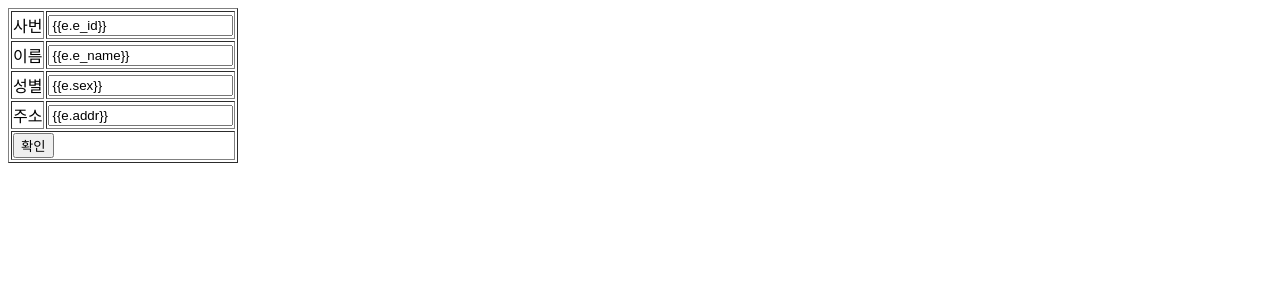
Repository: GeonyoungPark/pythonBasic
Page: HELLO_PYTHON/day10/templates/emp_add.html
The author's editor kept a copy of each file at every save. The page is drawn from the files as they stood at one save, then again after the next save.
The browser window is 1280 px wide. The pictures show the whole page.

Above is the page before, as saved 2022-07-06 10:09:11.

### HELLO_PYTHON/day10/templates/emp_add.html
<!DOCTYPE html>
<html>
<head>
<meta charset="UTF-8">
<title>Insert title here</title>
<script type="text/javascript">
function done(){
	location.href = "emp_mod?e_id={{e.e_id}}";
}
</script>
</head>
<body>
<table border=1px>
<tr>
	<td>사번</td>
	<td><input type="text" value="{{e.e_id}}"> </td>
</tr>

<tr>
	<td>이름</td>
	<td><input type="text" value="{{e.e_name}}"> </td>
</tr>
<tr>
	<td>성별</td>
	<td><input type="text" value="{{e.sex}}"> </td>
</tr>
<tr>
	<td>주소</td>
	<td><input type="text" value="{{e.addr}}"> </td>
</tr>

<tr>
	<td colspan="2">

		<input type="button" value="확인" onclick="fn_done()">

	</td>
</tr>

</table>

</body>
</html>

After the next save:
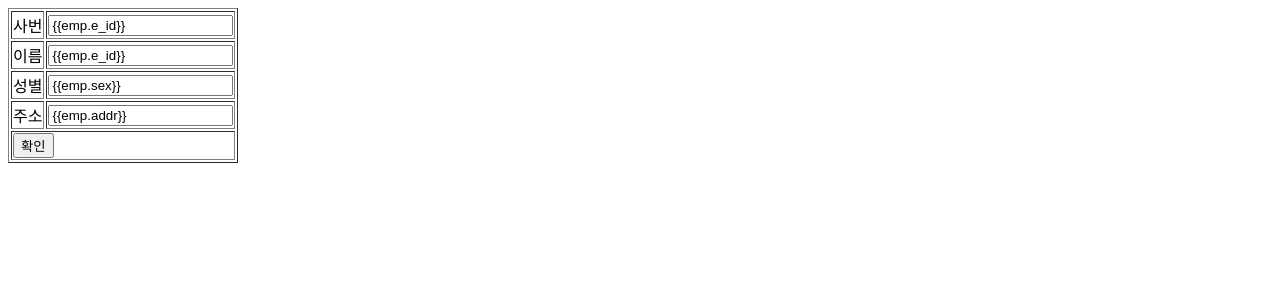
Saved 29 s later.
--- a/HELLO_PYTHON/day10/templates/emp_add.html
+++ b/HELLO_PYTHON/day10/templates/emp_add.html
@@ -5,7 +5,7 @@
 <title>Insert title here</title>
 <script type="text/javascript">
 function done(){
-	location.href = "emp_mod?e_id={{e.e_id}}";
+	location.href = "emp_mod?e_id={{emp.e_id}}";
 }
 </script>
 </head>
@@ -13,20 +13,20 @@
 <table border=1px>
 <tr>
 	<td>사번</td>
-	<td><input type="text" value="{{e.e_id}}"> </td>
+	<td><input type="text" value="{{emp.e_id}}"> </td>
 </tr>
 
 <tr>
 	<td>이름</td>
-	<td><input type="text" value="{{e.e_name}}"> </td>
+	<td><input type="text" value="{{emp.e_id}}"> </td>
 </tr>
 <tr>
 	<td>성별</td>
-	<td><input type="text" value="{{e.sex}}"> </td>
+	<td><input type="text" value="{{emp.sex}}"> </td>
 </tr>
 <tr>
 	<td>주소</td>
-	<td><input type="text" value="{{e.addr}}"> </td>
+	<td><input type="text" value="{{emp.addr}}"> </td>
 </tr>
 
 <tr>
